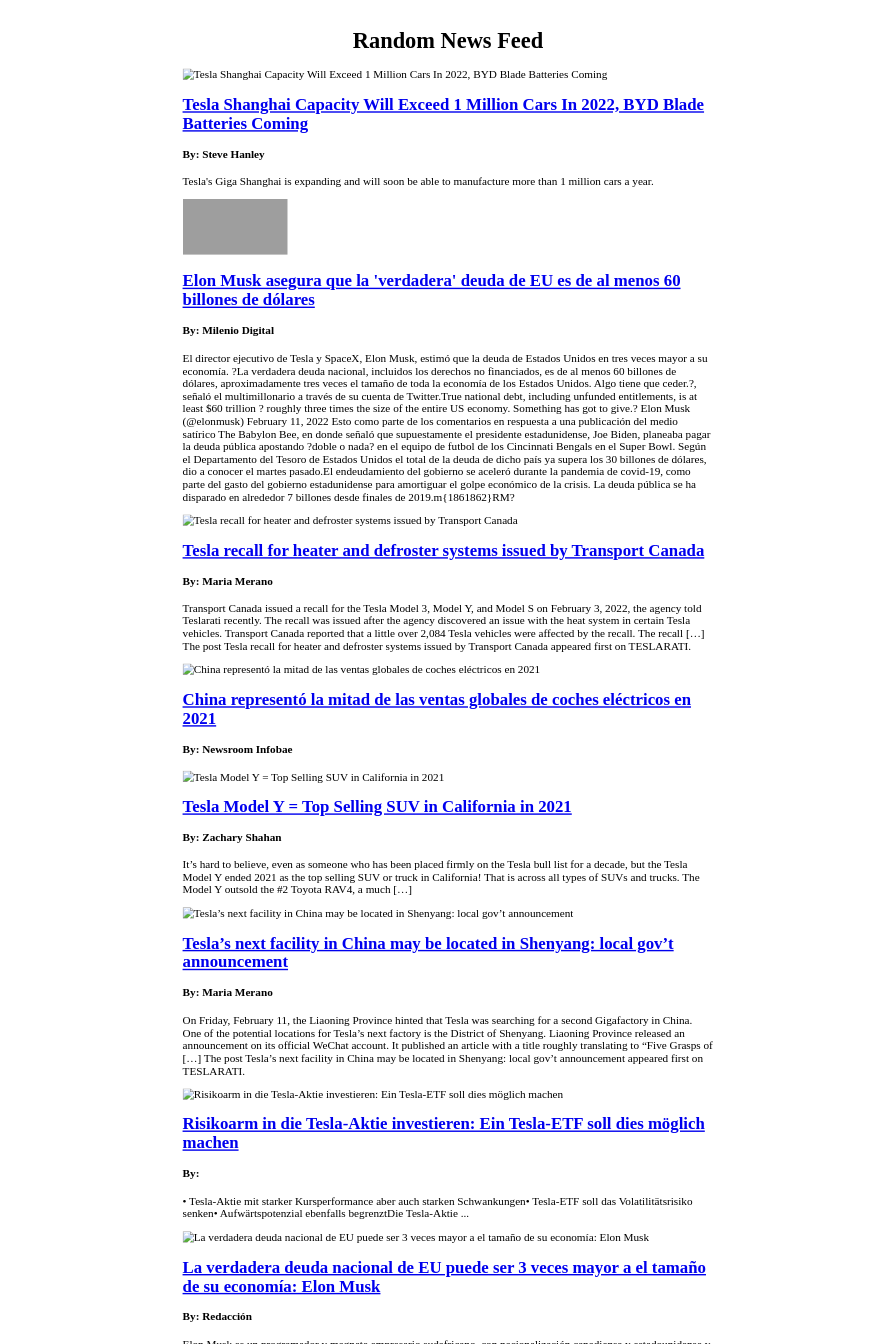
Repository: SamanthaYan298/my_news
Page: /
These files come from the project's save history. The page is drawn as it stood at one moment and after the next save; the edit follows.
The browser window is 1280 px wide. The pictures show the part of the page from y = 0 to 1920 px (the page is 17538 px tall before and 17788 px after), at 70% of full size.
Pictures or frames that could not be fetched are drawn as grey boxes. The project was rebuilt for these pictures with package versions that can differ from the ones it lists, and the page was loaded fresh each time. Also part of the build but not shown: vite.config.js.

Above is the page before, as saved 2024-09-23 16:55:51.

### src/App.jsx
import news_feed from './sample_news_stories.json';

function App() {

  // Get stories from news feed
  const stories = news_feed.results;

  return (
    <div className="App">
      <h1>Random News Feed</h1>
      <div>
        {stories.map((story, index) => (
          <div key={index}>
            <div>
              <img
                src={story.image_url}
                alt={story.title}
                style={{
                  width: '150px',
                  height: '80px'
                }}
              />
            </div>
            <a href={story.link}><h2>{story.title}</h2></a>
            <h4>By: {story.creator}</h4>
            <p>{story.description}</p>
          </div>
        ))}
      </div>
    </div>
  );
}

export default App;

### src/index.css
.App {
  padding: 10px;
  max-width: 60%;
  margin: auto;
}

.App > h1 {
  text-align: center;
}

.feed {
  display: flex;
  flex-direction: column;
  gap: 1em;
}

.story {
  position: relative;
  padding: 1em;
  box-shadow: 0 1px 2px #aeaeae;
}

.story span.delete {
  position: absolute;
  /* padding: 1px 3px; */
  width: 1rem;
  height: 1rem;
  text-align: center;
  line-height: 0.8;
  top: 0;
  right: 0;
  background: red;
  color: #fff;
  cursor: pointer;
}

.story_header {
  display: flex;
  flex-direction: row;
  gap: 1em;
}

.story_header h1 {
  margin: 0;
  padding: 0;
  font-size: 1.5em;
}

.story_header h1 > a {
  text-decoration: none;
}

.story_creator {
  display: block;
  font-size: 1rem;
  margin-top: 1rem;
}

.story_image {
  max-width: 20%;
}

.story_image img {
  width: 100%;
}

Loaded but not shown: index.html (common file); src/main.jsx (common file); src/sample_news_stories.json (1743 lines, source omitted)

After the next save:
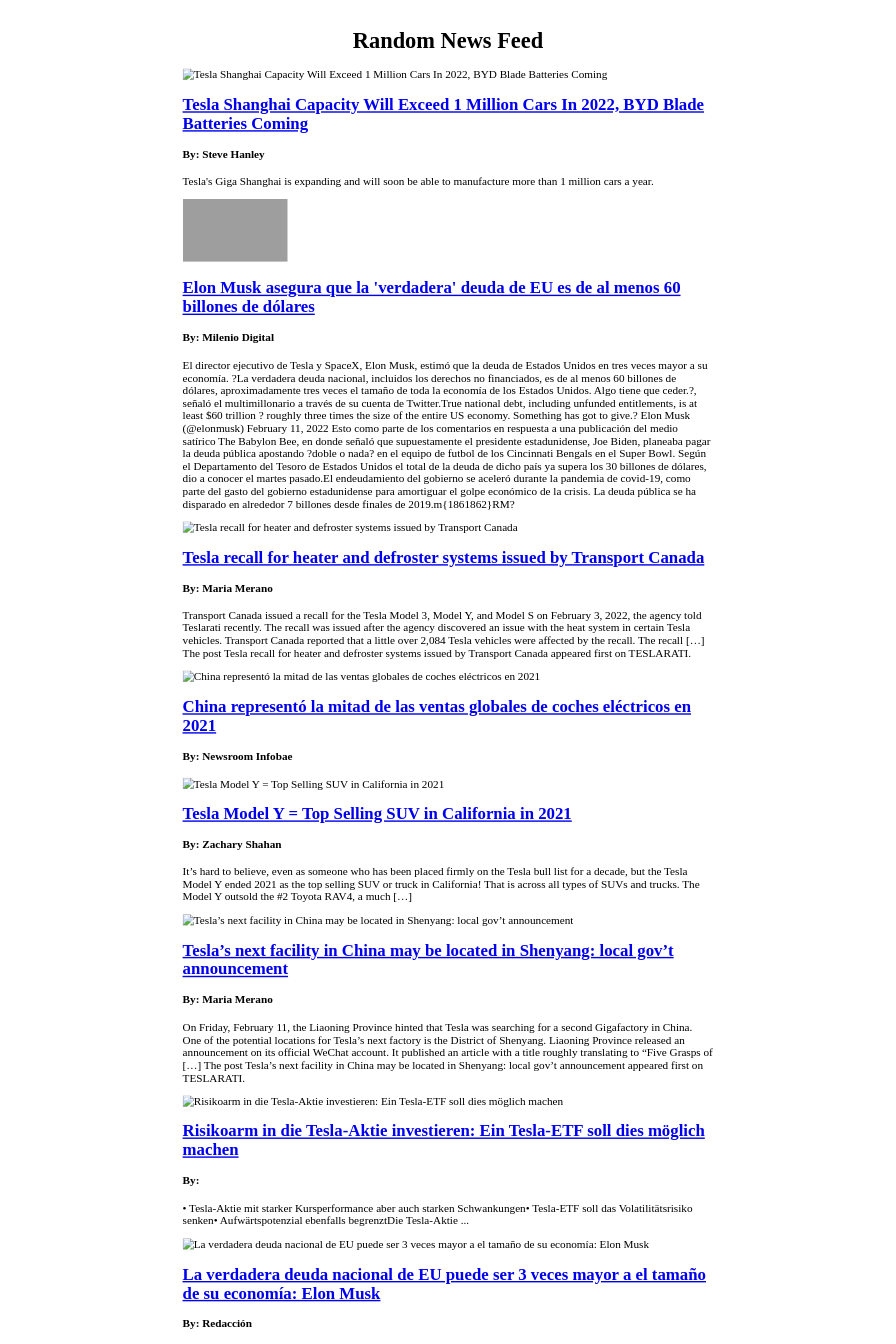
Saved 4 s later.
--- a/src/App.jsx
+++ b/src/App.jsx
@@ -17,7 +17,7 @@
                 alt={story.title}
                 style={{
                   width: '150px',
-                  height: '80px'
+                  height: '90px'
                 }}
               />
             </div>
